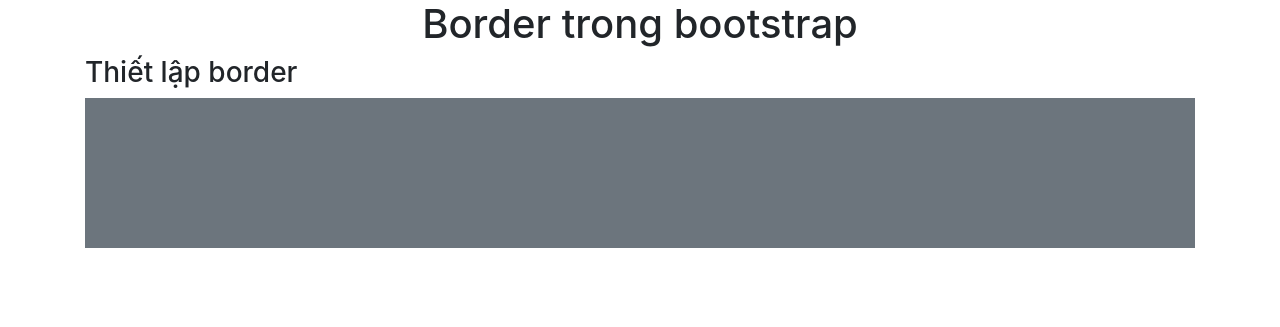
Repository: anhtu2110/front_end
Page: lesson/bootstrap/box/4.2-border.html
An editor plug-in stored every save of this project. The page is shown before and after the next save, followed by the edit.
The browser window is 1280 px wide. The pictures show the whole page.

Above is the page before, as saved 2022-12-02 08:08:57.

### lesson/bootstrap/box/4.2-border.html
<!DOCTYPE html>
<html lang="en">
  <head>
    <meta charset="UTF-8" />
    <meta http-equiv="X-UA-Compatible" content="IE=edge" />
    <meta name="viewport" content="width=device-width, initial-scale=1.0" />
    <link rel="stylesheet" href="./bootstrap/css/bootstrap.min.css" />
    <title>Border trong bootstrap</title>
  </head>
  <body>
    <style>
      .box {
        padding: 15px;
      }
    </style>
    <div class="container">
      <div class="row">
        <div class="col-md-12">
          <h1 class="text-center">Border trong bootstrap</h1>
          <h3>Thiết lập border</h3>
          <div class="box bg-secondary"></div>
          <div class="box bg-secondary"></div>
          <div class="box bg-secondary"></div>
          <div class="box bg-secondary"></div>
          <div class="box bg-secondary"></div>
        </div>
      </div>
    </div>
    <script src="js/jquery-3.6.1.min.js"></script>
    <script src="js/popper.min.js"></script>
    <script src="./bootstrap/js/bootstrap.min.js"></script>
  </body>
</html>

Loaded but not shown: lesson/bootstrap/box/bootstrap/css/bootstrap.min.css (library); lesson/bootstrap/box/js/jquery-3.6.1.min.js (library); lesson/bootstrap/box/js/popper.min.js (library); lesson/bootstrap/box/bootstrap/js/bootstrap.min.js (library)

After the next save:
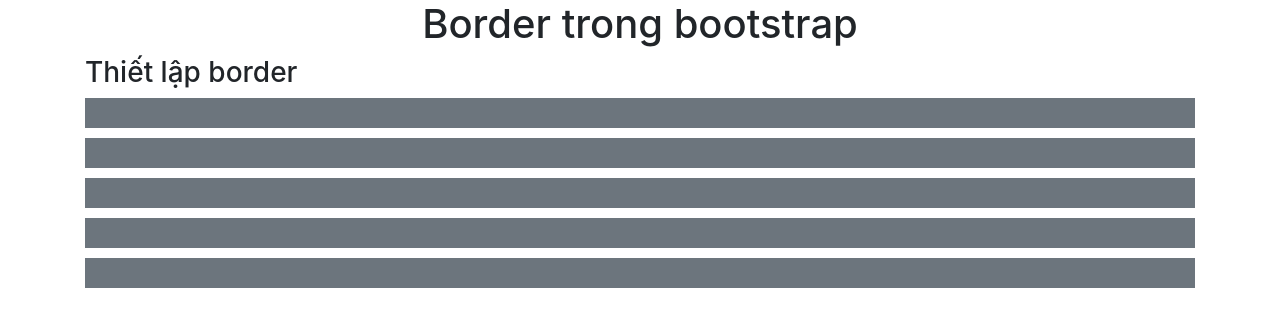
Saved 15 s later.
--- a/lesson/bootstrap/box/4.2-border.html
+++ b/lesson/bootstrap/box/4.2-border.html
@@ -11,6 +11,7 @@
     <style>
       .box {
         padding: 15px;
+        margin-bottom: 10px;
       }
     </style>
     <div class="container">
